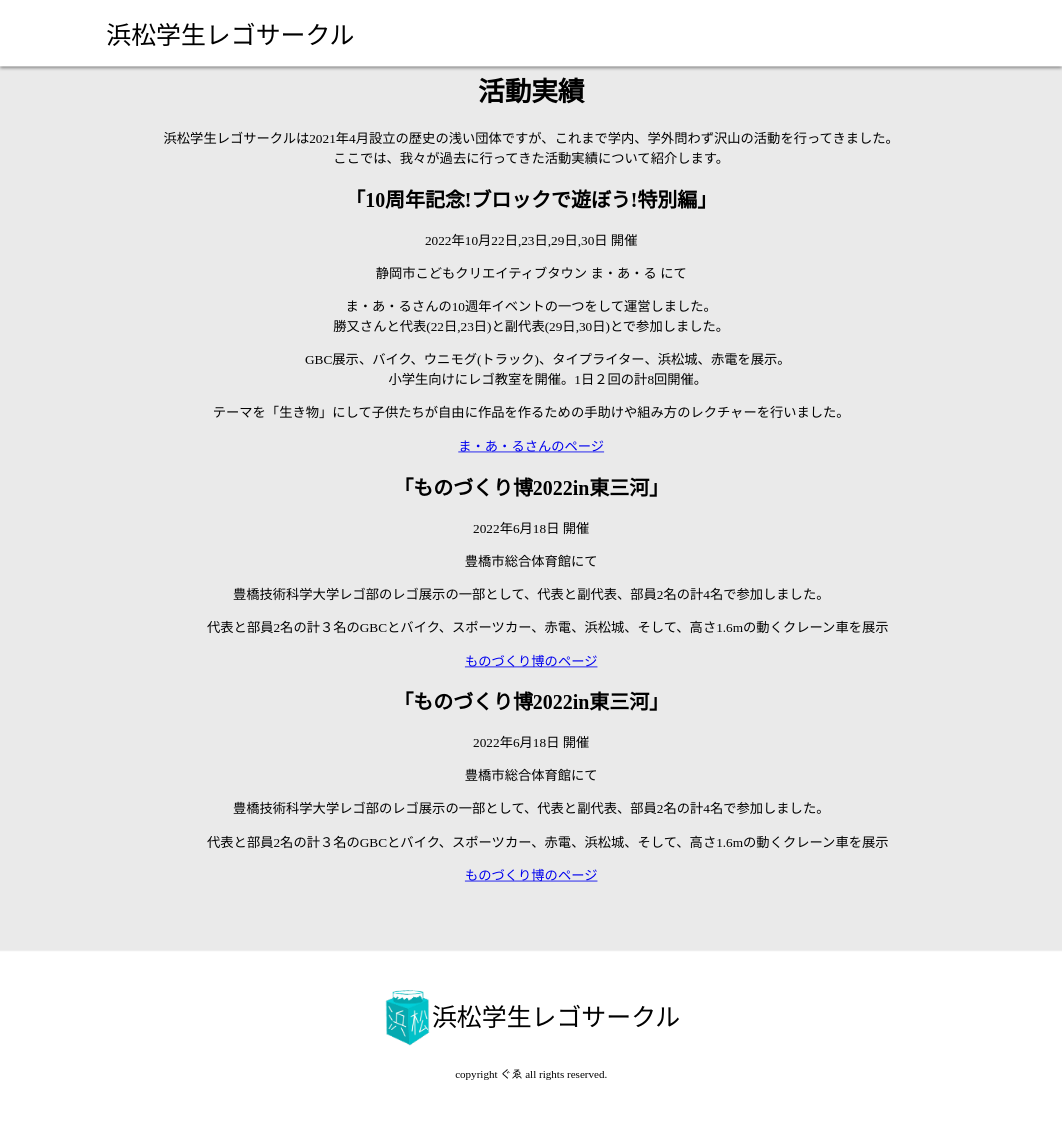
Repository: ghevp/LEGO-club
Page: http://localhost/?page=achievement
The author's editor kept a copy of each file at every save. The page is drawn from the files as they stood at one save, then again after the next save.
The browser window is 1280 px wide. The pictures show the whole page, at 83% of full size.
Some web fonts or font styles are not loaded; a fallback is used. The page is run by PHP 8.4 with error messages shown; the project is at /var/www/html/.

Above is the page before, as saved 2022-11-11 15:30:39.

### index.php
<!DOCTYPE html>
<html lang="ja">
<?php
    if(isset($_GET['page'])){
     $page=$_GET['page'];
    };
     if(isset($page)){


     }else{
                   $page="home";
     };
     $title = array('home' => "ホーム",
     'kainokoushiki' => "解の公式",
     'enword'=>"英語",
    'policy' => "ポリシー",
    'achievement' => "活動実績"
    );

     $c=0;
     $x=0;
     $y=0;
     $t=0;
?>
<head>
    <script async src="https://pagead2.googlesyndication.com/pagead/js/adsbygoogle.js?client=ca-pub-6911517647778874"
     crossorigin="anonymous"></script>
        <meta charset="UTF-8">
       <!-- Global site tag (gtag.js) - Google Analytics -->

</script>
        <meta name="author" content="ぐゑ">
        <meta name="twitter:card" content="summary_large_image">
        <meta name="twitter:site" content="@ghevp">
        <meta property="og:url" content="https://shizudailego.com">
        <meta property="og:title" content="浜松学生レゴサークル">
        <meta name="og:description" content="浜松を中心に活動している学生主体のレゴサークルです！！">
        <link rel="preconnect" href="https://fonts.googleapis.com">
        <link rel="preconnect" href="https://fonts.gstatic.com" crossorigin>
        <link href="https://fonts.googleapis.com/css2?family=Noto+Serif+JP:wght@500&family=Shippori+Mincho+B1:wght@800&family=Yuji+Syuku&display=swap" rel="stylesheet">
        <link rel="icon" href="img/favicon.ico" type="image/x-icon">
        <meta name="viewport" content="width=device-width,initial-scale=1.0,minimum-scale=1.0">
        <link rel="preconnect" href="https://fonts.googleapis.com">
        <link rel="preconnect" href="https://fonts.gstatic.com" crossorigin>
        <link href="https://fonts.googleapis.com/css2?family=M+PLUS+Rounded+1c&display=swap" rel="stylesheet">
        <meta name="viewport" content="width=device-width,initial-scale=1.0,minimum-scale=1.0">
        <link rel="preconnect" href="https://fonts.googleapis.com">
<link rel="preconnect" href="https://fonts.gstatic.com" crossorigin>
<link href="https://fonts.googleapis.com/css2?family=Kosugi&display=swap" rel="stylesheet">
        <link rel="stylesheet" href="css/style.css"><!--後でphpのif文の作成-->
        <title>
        <?php
      if (isset($title) == "") {
        echo "浜松学生レゴサークル";
    } else {
        echo "" . $title[$page] . " - 浜松学生レゴサークル";
    }
   ?>
        </title>

    <body style="margin: 0;">
        <?php


            include('page/'.$page.".php");




    ?>
     <header class="header">
        <div class="header_inner">

            <a href="?page=home">浜松学生レゴサークル</a>
        </div>
     </header>
     <footer class="footer">
        <div class="footer_inner">
        <img src="img/logo.png">
        <a href="?page=home">浜松学生レゴサークル</a>
        </div>
        <div class="copyright">
    <p><small>copyright <a href="https://ghevp.com">ぐゑ</a> all rights reserved.</small></p>
        </div>
    </footer>
    </body>

### page/achievement.php
<main class="main">
    <div class="achievement">
    <h1>活動実績</h1>
    <p>浜松学生レゴサークルは2021年4月設立の歴史の浅い団体ですが、これまで学内、学外問わず沢山の活動を行ってきました。<br>
    ここでは、我々が過去に行ってきた活動実績について紹介します。</p>
    <div class="one_of_achievement">
    <h2>「10周年記念!ブロックで遊ぼう!特別編」</h2>
    <p class="date">2022年10月22日,23日,29日,30日 開催</p>
    <p>静岡市こどもクリエイティブタウン ま・あ・る にて</p>
    <p>ま・あ・るさんの10週年イベントの一つをして運営しました。<br>
    勝又さんと代表(22日,23日)と副代表(29日,30日)とで参加しました。<br>
    <ul>
    <li>GBC展示、バイク、ウニモグ(トラック)、タイプライター、浜松城、赤電を展示。</li>
    <li>小学生向けにレゴ教室を開催。1日２回の計8回開催。</li>
    </ul>
    テーマを「生き物」にして子供たちが自由に作品を作るための手助けや組み方のレクチャーを行いました。
    </p>
    <a href="https://maaru-ct.jp/report/155443/?s=06">ま・あ・るさんのページ</a>
    </div>
    <div class="one_of_achievement">
    <h2>「ものづくり博2022in東三河」</h2>
    <p class="date">2022年6月18日 開催</p>
    <p>豊橋市総合体育館にて</p>
    <p>豊橋技術科学大学レゴ部のレゴ展示の一部として、代表と副代表、部員2名の計4名で参加しました。<br>
    <ul>
    <li>代表と部員2名の計３名のGBCとバイク、スポーツカー、赤電、浜松城、そして、高さ1.6mの動くクレーン車を展示</li>

    </ul>

    <a href="https://www.honokuni.or.jp/toyohashi/event-info/?Mode=detail&code=554">ものづくり博のページ</a>
    </p>

    </div>
    <div class="one_of_achievement">
    <h2>「ものづくり博2022in東三河」</h2>
    <p class="date">2022年6月18日 開催</p>
    <p>豊橋市総合体育館にて</p>
    <p>豊橋技術科学大学レゴ部のレゴ展示の一部として、代表と副代表、部員2名の計4名で参加しました。<br>
    <ul>
    <li>代表と部員2名の計３名のGBCとバイク、スポーツカー、赤電、浜松城、そして、高さ1.6mの動くクレーン車を展示</li>

    </ul>

    <a href="https://www.honokuni.or.jp/toyohashi/event-info/?Mode=detail&code=554">ものづくり博のページ</a>
    </p>

    </div>
    </div>
</main>

### css/style.css
.container {
    padding: 0 2rem;
  }
  .header{
    position: fixed;
    top:0;
    left: 0;
    right: 0;
    height: 80px;
    background-color: white;
    z-index: 10;
    box-shadow: 0 2px 4px gray;
  }
  .policy{
    position: absolute;
    flex:3;
  }

  .policy h1{
    font-family: 'Yuji Syuku', serif;
    font-size: 100px;
    color: rgb(255, 255, 255);
    text-shadow: 1px 1px 10px black;
    padding-bottom: 200px;
  }
  @media (min-width: 1500px) {
  .policy h1 {
      font-size: 150px;
    }
  }
  @media (max-width: 900px) {
    .policy h1 {
        font-size: 50px;
      }
    }
 .achievement p{
  text-align: center;
 }
 .achievement{
  text-align: center;
 }
 .achievement h1{
  text-align: center;
 }
 .achievement li{
  list-style: none;
 }
  .header_inner{
    padding-left: 10%;
    padding-right: 10%;
    height: 100%;
    position: relative;
    display: flex;
    justify-content: space-between;
    align-items: center;

  }
  .header_inner a{
    text-decoration: none;
    color:inherit;
    font-size: 30px;
    font-family: 'Shippori Mincho B1', serif;
  }

  .main h2{
    text-align: center;
  }

  .header_logo img{
    width: 80px;
    display: block;
  }
  .header_site_menu{

    position: absolute;
    top: 100%;
    right: 0;
    left: 80%;
    color: whitesmoke;
    padding-top: 50px;
    background-color: #0070f3;
    padding-bottom: 100%;
    display: none;

  }
  .site_menu{
    align-items: center;

  }
  .site_menu ul{
    list-style: none;
    font-size: 20px;


  }
  .site_menu li{
    margin-top: 20px;
  }
  .site_menu a{

    color:inherit;
    text-decoration: none;
  }
  .button{
    display: block;
    width: 64px;
    height: 54px;
    background-image: url(https://github.com/ghevp/my-portfolio/blob/main/img/hbm.png?raw=true);
    background-size: 90%;
    background-position: center;
    background-repeat: no-repeat;
    background-color: transparent;
    border-radius:0;
    outline: none;
    border: none;
  }
  .header_site_menu.is-show{
    display: block;
  }
  .tell{
    position:inherit;
    width: 70%;
    max-width: 1000px;
  }
  .tell_include{
    display: flex;
    justify-content: space-between;

    align-items: center;

  }
  .tell_include img{
    width: 100%;
    display: block;
    border-radius: 20px;
    border:5px solid black;

  }

  .tell_include a{
    margin-left: 5%;
    margin-right: 5%;
  }
  .introduce{

  display: block;
   align-items: center;

  }
  .intro1{

    text-align: center;

  }
  .introduce ul{
    list-style: none;
    display: flex;
    justify-content: space-between;

  }
  .rinks ul{
    list-style: none;
    display: flex;
    justify-content: space-between;

  }
  .rinks a{
    text-align: center;
    font-size: 20px;
    width: 180px;
    height: 40px;
    color: #fafafa;
    border-radius: 15px;
    background-color:black
  }
  .introduce ul li{
    width: 30%;
    margin-left: 6%;
    margin-right: 6%;

  }
  .introduce_before{
    position:static;
    width: 65%;


  }
  .shizudai {
    font-size: 24px;

  }
  .introduce_before h1{
    text-align: center;
  }
  .details{
    text-align: center;

  }
  .details p{
    font-size: 18px;
  }
  .pin-main{
    flex: 2;
    position: relative;
  }
  .pic-main img{
    width: 100%;

  }
  .body{
    display: block;
    margin: 0;
  }
  .slider {
    width: 100%;

  　　overflow: hidden;
  　　margin: 0 auto;
   flex:2;

  }
  .slider-item {
    width: 100%;
    float: left;
  }
  img{
    width:100%;
  }
  .slider-inner {
    width: 300%;
    animation: slider 15s infinite ease;
    display: flex;
  }

  @keyframes slider {
    0% {
    transform: translateX(0);
    }
    15% {
    transform: translateX(-33.3%);
    }
    33% {
      transform: translateX(-33.3%);
      }
    48% {
    transform: translateX(-66.6%);
    }
    66% {
      transform: translateX(-66.6%);
      }
    81% {
      transform: translateX(0);
      }
    100% {
    transform: translateX(0);
    }
  }
  .main {
    min-height: 70vh;
    padding: 4rem 0;
    flex: 1;
    display: flex;
    flex-direction: column;
    justify-content: center;
    align-items: center;
    background-color: #eaeaea;
  }

  .footer {
    display: flex;
    flex-direction: column;
    padding: 2rem 0;
    border-top: 1px solid #eaeaea;
    justify-content: center;
    align-items: center;
    flex-grow: 1;
  }
  .footer img{
    width:60px;
  }
  .footer_inner{
    display:flex;
    align-items: center;
  }
  .footer_inner a{
    font-size: 30px;
    text-decoration: none;
    color: black;
    font-family: 'Shippori Mincho B1', serif;
  }
  .footer a{
    text-decoration: none;
    color: black;
  }


  .title a {
    color: #0070f3;
    text-decoration: none;
  }

  .title a:hover,
  .title a:focus,
  .title a:active {
    text-decoration: underline;
  }

  .title {
    margin: 0;
    margin-top: 80px;
    line-height: 1.15;
    font-size: 4rem;
  }

  .title,
  .description {
    text-align: center;
  }

  .description {
    margin: 4rem 0;
    line-height: 1.5;
    font-size: 1.5rem;
  }

  .code {
    background: #fafafa;
    border-radius: 5px;
    padding: 0.75rem;
    font-size: 1.1rem;
    font-family: Menlo, Monaco, Lucida Console, Liberation Mono, DejaVu Sans Mono,
      Bitstream Vera Sans Mono, Courier New, monospace;
  }

  .grid {
    display: flex;
    align-items: center;
    justify-content: center;
    flex-wrap: wrap;
    max-width: 800px;
  }

  .card {
    margin: 1rem;
    padding: 1.5rem;
    text-align: left;
    color: inherit;
    text-decoration: none;
    border: 1px solid #eaeaea;
    border-radius: 10px;
    transition: color 0.15s ease, border-color 0.15s ease;
    max-width: 300px;
  }

  .card:hover,
  .card:focus,
  .card:active {
    color: #0070f3;
    border-color: #0070f3;
  }

  .card h2 {
    margin: 0 0 1rem 0;
    font-size: 1.5rem;
  }

  .card p {
    margin: 0;
    font-size: 1.25rem;
    line-height: 1.5;
  }

  .logo {
    height: 1em;
    margin-left: 0.5rem;
  }

  @media (max-width: 600px) {
    .grid {
      width: 100%;
      flex-direction: column;
    }
  }

After the next save:
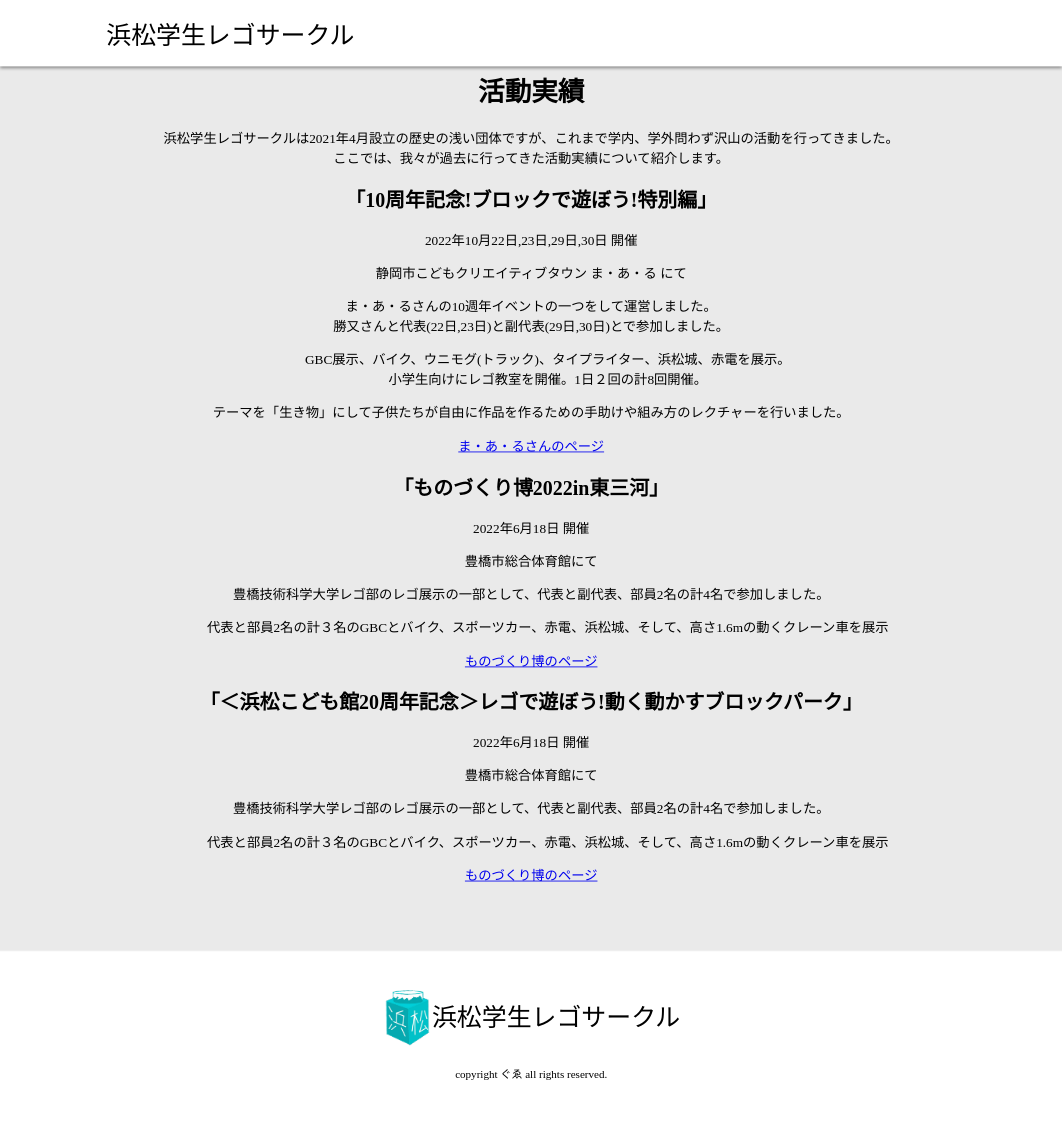
Saved 13 s later.
--- a/page/achievement.php
+++ b/page/achievement.php
@@ -32,7 +32,7 @@
 
     </div>
     <div class="one_of_achievement">
-    <h2>「ものづくり博2022in東三河」</h2>
+    <h2>「＜浜松こども館20周年記念＞レゴで遊ぼう!動く動かすブロックパーク」</h2>
     <p class="date">2022年6月18日 開催</p>
     <p>豊橋市総合体育館にて</p>
     <p>豊橋技術科学大学レゴ部のレゴ展示の一部として、代表と副代表、部員2名の計4名で参加しました。<br>
